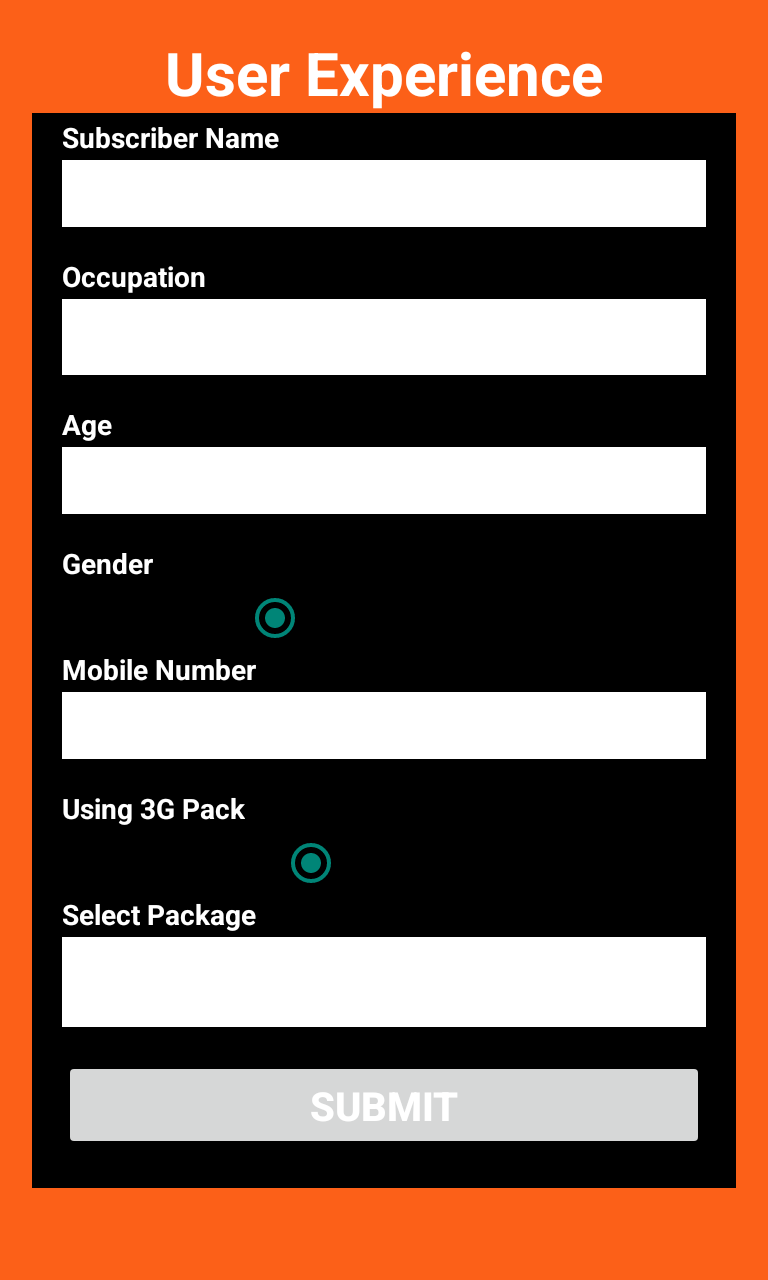
Repository: MushfiqurRahman/BLink3gApp
Layout: 3gExperience/res/layout/fragment_survey.xml
These files come from the project's save history. The layout is drawn as it stood at one moment and after the next save; the edit follows.
It is drawn on a 768 x 1280 px phone screen (xhdpi) without system bars, with theme AppTheme; the app's code is not run.

Above is the layout before, as saved 2014-05-20 18:13:43.

### 3gExperience/res/layout/fragment_survey.xml
<RelativeLayout xmlns:android="http://schemas.android.com/apk/res/android"
    xmlns:tools="http://schemas.android.com/tools"
    android:layout_width="match_parent"
    android:layout_height="match_parent"
    android:background="#FC6018"
    android:paddingBottom="@dimen/activity_vertical_margin"
    android:paddingLeft="@dimen/activity_horizontal_margin"
    android:paddingRight="@dimen/activity_horizontal_margin"
    android:paddingTop="@dimen/activity_vertical_margin"
    tools:context="com.example.gexperience.SurveyActivity$PlaceholderFragment" >

    <RelativeLayout
        android:id="@+id/topMain"
        android:layout_width="fill_parent"
        android:layout_height="wrap_content" >

        <TextView
            android:layout_width="wrap_content"
            android:layout_height="wrap_content"
            android:layout_centerInParent="true"
            android:layout_marginLeft="5dip"
            android:text="@string/survey_heading"
            android:textColor="#ffffff"
            android:textSize="30sp"
            android:textStyle="bold" />
    </RelativeLayout>

    <LinearLayout
        android:id="@+id/LinearBottom"
        android:layout_width="fill_parent"
        android:layout_height="30dp"
        android:layout_alignParentBottom="true"
        android:gravity="bottom"
        android:orientation="vertical" >
    </LinearLayout>

    <LinearLayout
        android:id="@+id/layout_survey_form"
        android:layout_width="fill_parent"
        android:layout_height="fill_parent"
        android:layout_above="@id/LinearBottom"
        android:layout_alignParentLeft="true"
        android:layout_below="@id/topMain"
        android:background="#000000"
        android:gravity="center"
        android:orientation="vertical"
        android:paddingLeft="15dp"
        android:paddingRight="15dp" >

        <LinearLayout
            android:layout_width="fill_parent"
            android:layout_height="wrap_content"
            android:layout_gravity="left" >

            <TextView
                android:id="@+id/textView3"
                android:layout_width="wrap_content"
                android:layout_height="wrap_content"
                android:layout_marginBottom="2dp"
                android:text="@string/sbcr_name"
                android:textColor="#FFFFFF"
                android:textStyle="bold" />
        </LinearLayout>

        <EditText
            android:id="@+id/edtName"
            android:layout_width="match_parent"
            android:layout_height="wrap_content"
            android:layout_marginBottom="15dp"
            android:background="#FFFFFF"
            android:ems="10"
            android:inputType="text"
            android:textSize="25sp" />

        <LinearLayout
            android:layout_width="fill_parent"
            android:layout_height="wrap_content"
            android:layout_gravity="left" >

            <TextView
                android:id="@+id/textView1"
                android:layout_width="wrap_content"
                android:layout_height="wrap_content"
                android:layout_marginBottom="2dp"
                android:text="@string/sbcr_occupation"
                android:textColor="#FFFFFF"
                android:textStyle="bold" />
        </LinearLayout>

        <Spinner
            android:id="@+id/spnOccupation"
            android:layout_width="match_parent"
            android:layout_height="38dp"
            android:layout_marginBottom="15dp"
            android:background="#FFFFFF"
            android:drawSelectorOnTop="true"
            android:padding="5dp"
            android:spinnerMode="dropdown"
            android:textSize="30sp" />

        <LinearLayout
            android:layout_width="fill_parent"
            android:layout_height="wrap_content"
            android:layout_gravity="left" >

            <TextView
                android:id="@+id/textView2"
                android:layout_width="wrap_content"
                android:layout_height="wrap_content"
                android:layout_marginBottom="2dp"
                android:text="@string/sbcr_age"
                android:textColor="#FFFFFF"
                android:textStyle="bold" />
        </LinearLayout>

        <EditText
            android:id="@+id/edtAge"
            android:layout_width="match_parent"
            android:layout_height="wrap_content"
            android:layout_marginBottom="15dp"
            android:background="#FFFFFF"
            android:ems="10"
            android:inputType="number"
            android:textSize="25sp" />

        <LinearLayout
            android:layout_width="fill_parent"
            android:layout_height="wrap_content"
            android:layout_gravity="left" >

            <TextView
                android:id="@+id/tvGender"
                android:layout_width="wrap_content"
                android:layout_height="wrap_content"
                android:layout_marginBottom="2dp"
                android:text="@string/sbcr_gender"
                android:textColor="#FFFFFF"
                android:textStyle="bold" />
        </LinearLayout>

        <RadioGroup
            android:id="@+id/rdoGender"
            android:layout_width="wrap_content"
            android:layout_height="wrap_content"
            android:orientation="horizontal" >

            <RadioButton
                android:id="@+id/radio0"
                android:layout_width="wrap_content"
                android:layout_height="wrap_content"
                android:checked="true"
                android:text="Male" />

            <RadioButton
                android:id="@+id/radio1"
                android:layout_width="wrap_content"
                android:layout_height="wrap_content"
                android:text="Female" />
        </RadioGroup>

                <LinearLayout
            android:layout_width="fill_parent"
            android:layout_height="wrap_content"
            android:layout_gravity="left" >

            <TextView
                android:id="@+id/tvMobileNo"
                android:layout_width="wrap_content"
                android:layout_height="wrap_content"
                android:layout_marginBottom="2dp"
                android:text="@string/sbcr_mobile"
                android:textColor="#FFFFFF"
                android:textStyle="bold" />
        </LinearLayout>

        <EditText
            android:id="@+id/edtMobileNo"
            android:layout_width="match_parent"
            android:layout_height="wrap_content"
            android:layout_marginBottom="15dp"
            android:background="#FFFFFF"
            android:ems="10"
            android:inputType="number"
            android:textSize="25sp" />

                <LinearLayout
            android:layout_width="fill_parent"
            android:layout_height="wrap_content"
            android:layout_gravity="left" >

            <TextView
                android:id="@+id/tv3gPack"
                android:layout_width="wrap_content"
                android:layout_height="wrap_content"
                android:layout_marginBottom="2dp"
                android:text="@string/sbcr_is_3g"
                android:textColor="#FFFFFF"
                android:textStyle="bold" />
        </LinearLayout>

        <RadioGroup
            android:id="@+id/rdo3g"
            android:layout_width="wrap_content"
            android:layout_height="wrap_content"
            android:orientation="horizontal" >

            <RadioButton
                android:id="@+id/radio0"
                android:layout_width="wrap_content"
                android:layout_height="wrap_content"
                android:checked="true"
                android:text="Yes" />

            <RadioButton
                android:id="@+id/radio1"
                android:layout_width="wrap_content"
                android:layout_height="wrap_content"
                android:text="No" />
        </RadioGroup>

        <LinearLayout
            android:layout_width="fill_parent"
            android:layout_height="wrap_content"
            android:layout_gravity="left" >

            <TextView
                android:id="@+id/tvPackageType"
                android:layout_width="wrap_content"
                android:layout_height="wrap_content"
                android:layout_marginBottom="2dp"
                android:text="@string/sbcr_package_type"
                android:textColor="#FFFFFF"
                android:textStyle="bold" />
        </LinearLayout>

        <Spinner
            android:id="@+id/spnPackageTypes"
            android:layout_width="match_parent"
            android:layout_height="45dp"
            android:layout_marginBottom="15dp"
            android:background="#FFFFFF"
            android:padding="5dp"
            android:spinnerMode="dropdown"
            android:textSize="30sp" />

        <Button
            android:id="@+id/btnLogin"
            android:layout_width="match_parent"
            android:layout_height="wrap_content"
            android:layout_marginBottom="15dp"
            android:text="@string/submit"
            android:textColor="#FFFFFF"
            android:textSize="20sp"
            android:textStyle="bold" />
    </LinearLayout>

</RelativeLayout>

### 3gExperience/res/values/strings.xml
<?xml version="1.0" encoding="utf-8"?>
<resources>

    <string name="app_name">3gExperience</string>
    <string name="hello_world">Hello world!</string>
    <string name="action_settings">Settings</string>
    <string name="title_activity_login">LoginActivity</string>
    <string name="title_activity_survey">SurveyActivity</string>
    <string name="bp_code">BP Code</string>
    <string name="area">Area</string>
    <string name="location">Location</string>
    <string name="login">Login</string>
    <string name="survey_heading">User Experience</string>
    <string name="sbcr_name">Subscriber Name</string>
    <string name="sbcr_occupation">Occupation</string>
    <string name="sbcr_age">Age</string>
    <string name="sbcr_gender">Gender</string>
    <string name="sbcr_mobile">Mobile Number</string>
    <string name="sbcr_is_3g">Using 3G Pack</string>
    <string name="sbcr_package_type">Select Package</string>
    <string name="sbcr_mobile_brand">Mobile Brand</string>
    <string name="submit">Submit</string>
</resources>

Loaded but not shown: 3gExperience/res/values/styles.xml (common file); 3gExperience/res/values-v11/styles.xml (common file); 3gExperience/res/values-v14/styles.xml (common file); 3gExperience/res/values/dimens.xml (common file); 3gExperience/res/values-w820dp/dimens.xml (common file)

After the next save:
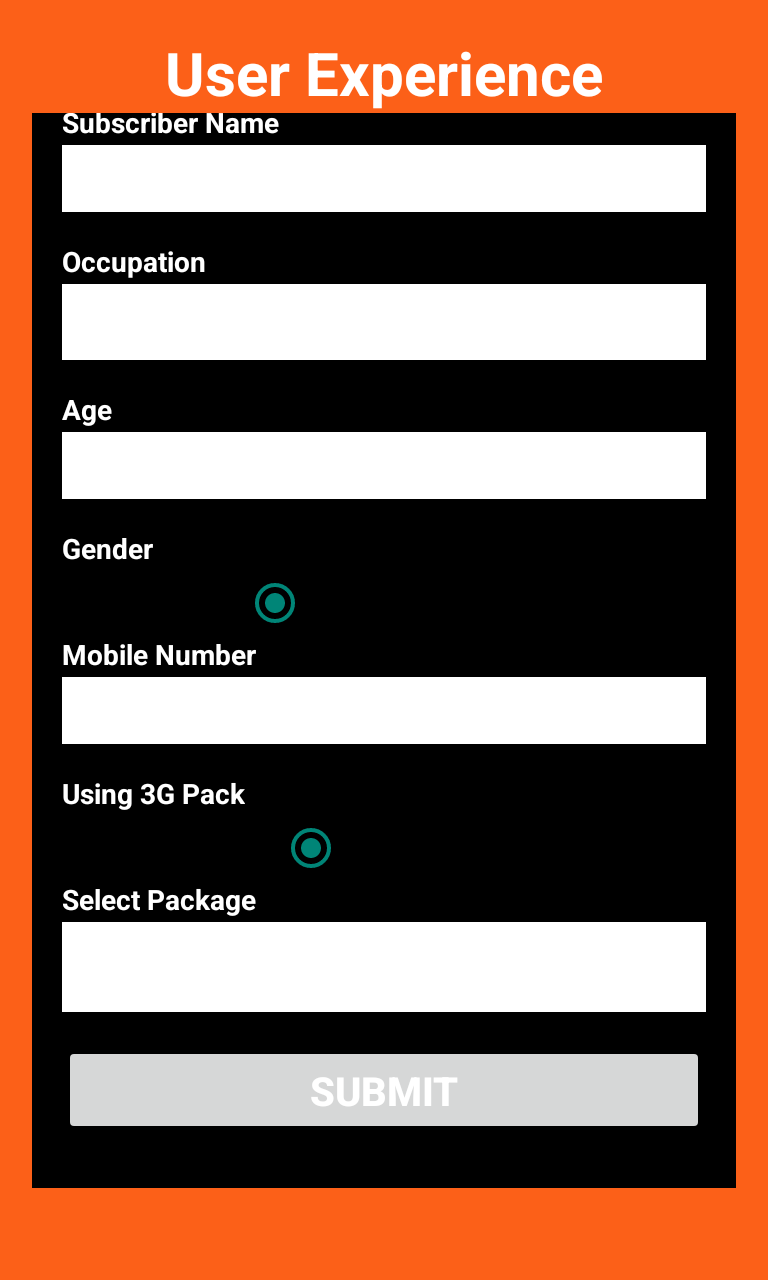
Saved 20 s later.
--- a/3gExperience/res/layout/fragment_survey.xml
+++ b/3gExperience/res/layout/fragment_survey.xml
@@ -244,6 +244,16 @@
             android:textSize="30sp" />
 
         <Button
+            android:id="@+id/btnSubmit"
+            android:layout_width="match_parent"
+            android:layout_height="wrap_content"
+            android:layout_marginBottom="15dp"
+            android:text="@string/submit"
+            android:textColor="#FFFFFF"
+            android:textSize="20sp"
+            android:textStyle="bold" />
+
+        <Button
             android:id="@+id/btnLogin"
             android:layout_width="match_parent"
             android:layout_height="wrap_content"
